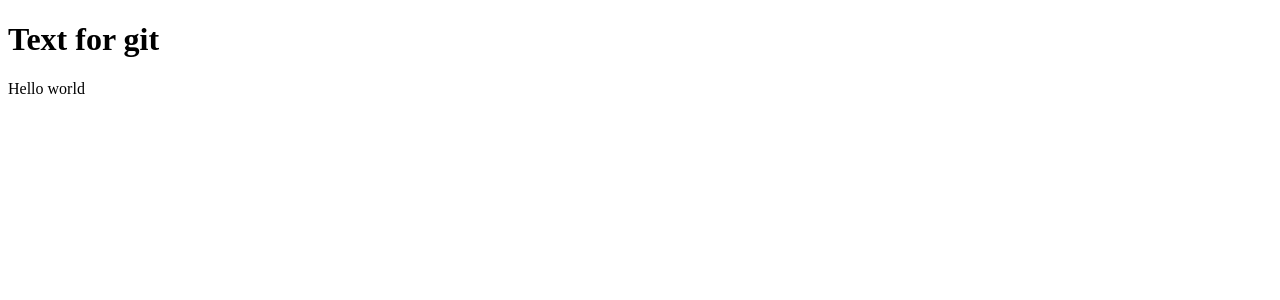
Repository: VikaChyhrynets/javascript
Page: index.html
These files come from the project's save history. The page is drawn as it stood at one moment and after the next save; the edit follows.
The browser window is 1280 px wide. The pictures show the whole page.

Above is the page before, as saved 2023-06-21 10:27:40.

After the next save:
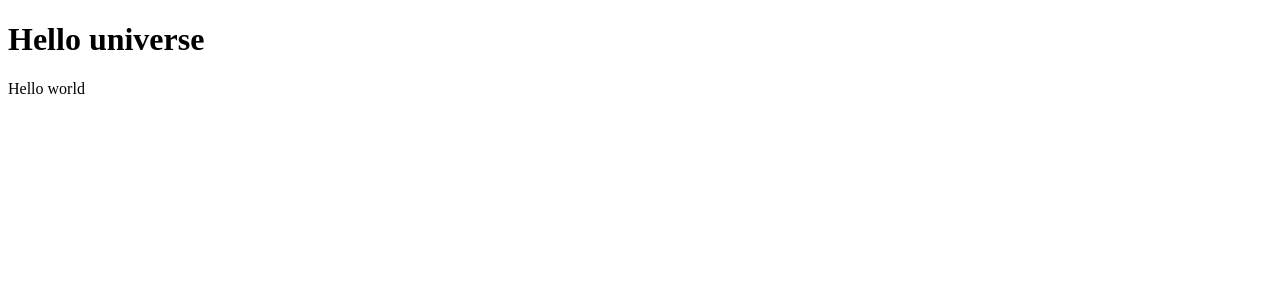
Saved 21 s later.
--- a/index.html
+++ b/index.html
@@ -8,7 +8,7 @@
 </head>
 <body>
     <h1>
-        Text for git
+        Hello universe
     </h1>
     <p>
         Hello world
